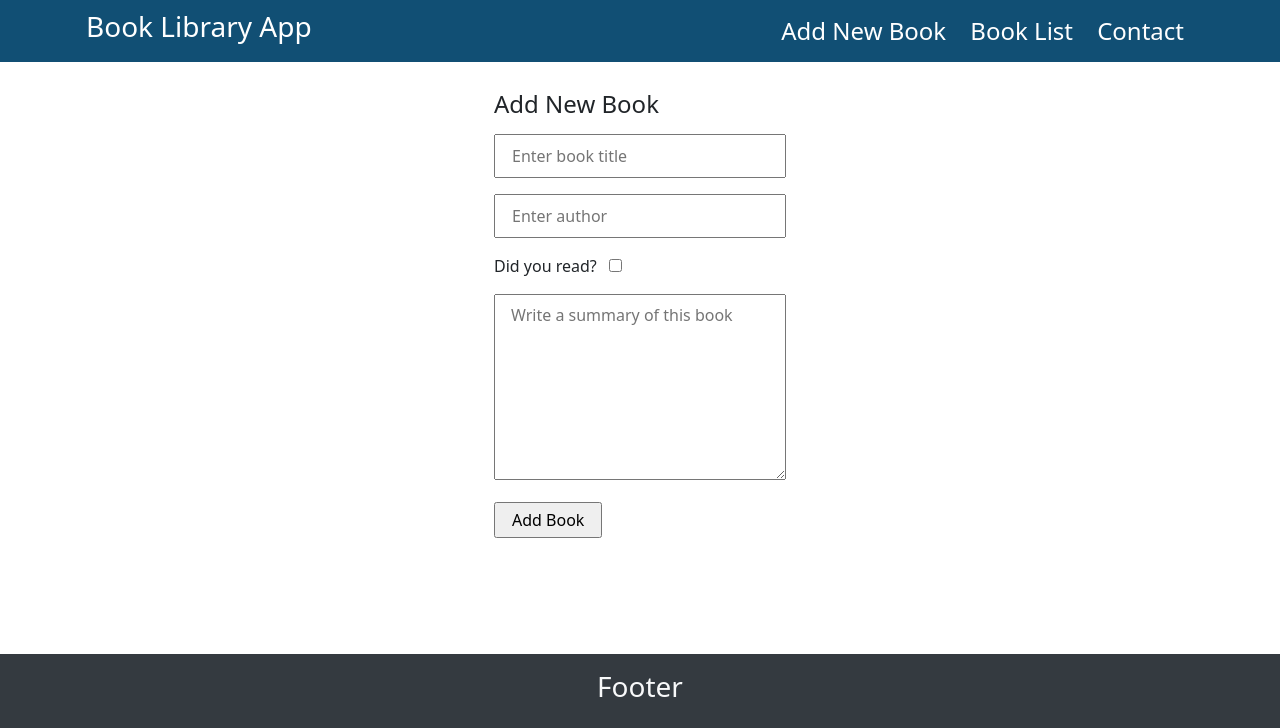
Repository: just-mann/booklibrary-app
Page: http://localhost/
These files come from the project's save history. The page is drawn as it stood at one moment and after the next save; the edit follows.
The browser window is 1280 px wide. The pictures show the whole page.
The page is served by the project's Node server (app.js).

Above is the page before, as saved 2021-06-06 04:48:01.

### views/index.ejs
<!DOCTYPE html>
<html lang="en">
<%- include('./partials/Header') %>
<body>
    <%- include('./partials/Navbar') %>
      <div class="container py-2 home">
        <div class=" p-5 p-xs-1 p-sm-1 p-md-1 py-2 px-0 homeDiv">
          <form action="/books" method="POST" class="px-0 py-3">
            <h4>Add New Book</h4>
              <div class="my-3">
                <input class="px-3 py-2 title w-100" type="text" name="title" id="title" placeholder="Enter book title" required>
              </div>
              <div class="my-3">
                <input class="px-3 py-2 author w-100" type="text" name="author" id="author" placeholder="Enter author" required>
              </div>
              <div class="my-3">
                <label for="isRead" class="mr-2">Did you read?</label>
                <input class="px-3 py-2 isRead" type="checkbox" name="isRead" id="isRead">
              </div>
              <div class="my-3">
                <textarea class="px-3 py-2 isRead w-100" name="summary" id="summary" cols="30" rows="7" placeholder="Write a summary of this book" required></textarea>
              </div>
              <div class="my-3">
                <input class="px-3 py-1 submitBtn" type="submit" value="Add Book">
              </div>
          </form>
        </div>
      </div>
    <%- include('./partials/Footer') %>
</body>
</html>

### views/partials/Header.ejs
<head>
    <meta charset="UTF-8">
    <meta name="viewport" content="width=device-width, initial-scale=1.0">
    <title><%= title %></title>
    <link rel="stylesheet" href="https://stackpath.bootstrapcdn.com/bootstrap/5.0.0-alpha1/css/bootstrap.min.css" integrity="sha384-r4NyP46KrjDleawBgD5tp8Y7UzmLA05oM1iAEQ17CSuDqnUK2+k9luXQOfXJCJ4I" crossorigin="anonymous">
    <script src="https://cdn.jsdelivr.net/npm/popper.js@1.16.0/dist/umd/popper.min.js" integrity="sha384-Q6E9RHvbIyZFJoft+2mJbHaEWldlvI9IOYy5n3zV9zzTtmI3UksdQRVvoxMfooAo" crossorigin="anonymous"></script>
    <link rel="stylesheet" href="https://unpkg.com/aos@next/dist/aos.css" />
    <link rel="stylesheet" href="https://unpkg.com/aos@next/dist/aos.css" />
    <script src="https://stackpath.bootstrapcdn.com/bootstrap/5.0.0-alpha1/js/bootstrap.min.js" integrity="sha384-oesi62hOLfzrys4LxRF63OJCXdXDipiYWBnvTl9Y9/TRlw5xlKIEHpNyvvDShgf/" crossorigin="anonymous"></script>
    <link rel="stylesheet" href="/style.css">
  </head>

### views/partials/Navbar.ejs
<nav class="container-fluid sticky-top">
    <div class="container">
        <a href="/" class="logo"><h3>Book Library App</h3></a>
        <div class="nav__links">
            <a href="/">Add New Book</a>
            <a href="/booklist">Book List</a>
            <a href="/contact">Contact</a>
        </div>
    </div>
</nav>

### views/partials/Footer.ejs
<footer class="bg-dark py-3 text-light text-center">
    <script src="https://ajax.googleapis.com/ajax/libs/jquery/3.5.1/jquery.min.js"></script>
    <script src="/script.js"></script>
    <div class="container">
        <h3>Footer</h3>
    </div>
</footer>
<script src="https://unpkg.com/aos@next/dist/aos.js"></script>
<script>
  AOS.init();
</script>

### app.js
const express = require('express'); //import express package
const app = express(); //initialize the express app
const bodyParser = require('body-parser') //import body-parser to handle data from the form
const MongoClient = require('mongodb').MongoClient; //import the mongodbClient
const { ObjectId } = require('bson');
const dbName = 'myBookList';
const dbCollectionName = 'bookCollection';

const PORT = process.env.PORT || 5000;


// Configure the body-parser
app.use(bodyParser.urlencoded({ extended: true }));


// Make static files accessible
app.use(express.static('public'));


// Set View Engine
app.set('view engine', 'ejs');



// Connect to Database
const dbURI = 'mongodb+srv://bookUser:cUk4rECaXyAWsNz8@crud-tutorial.xd65d.mongodb.net/myBookList?retryWrites=true&w=majority';
MongoClient.connect(dbURI, { useUnifiedTopology: true })
    .then(client => {

        app.listen(PORT, () => {
            console.log(`App is now running on PORT ${PORT} and Database: ${dbName} is connected`)
        });

        const db = client.db(`${dbName}`);

        const myCollection = db.collection(`${dbCollectionName}`);

        app.post('/books', (req, res) => {
            myCollection.insertOne(req.body)
                .then(result => {
                    console.log('Item added to database...');
                })
                .catch(err => console.log(err));
            res.redirect('bookList');
        })

        app.get('/booklist', (req, res) => {
            myCollection.find().sort({_id: -1}).toArray()
                .then(result => {
                    res.render('bookList', { myList: result, title: "Book List" });
                })
                .catch(err => console.log(err));
        })


        app.get('/booklist/:id', (req, res) => {
            const id = req.params.id;
            myCollection.findOne({ _id: ObjectId(`${id}`)})
                .then(result => {
                    res.render('details', { singleBook: result, title: `Book Detail  -  ${result.title}` })
                })
                .catch(err => console.log(err));
        })


        app.delete('/booklist/:id', (req, res) => {
            const id = req.params.id;
            myCollection.deleteOne({_id: ObjectId(`${id}`)})
                .then(result => {
                    res.json({ redirect: '/booklist'})
                })
                .catch(err => console.log(err));
        })


        app.get('/', (req, res) => {
            res.render('index', { title: "Add New Book" });
        })


        app.get('/contact', (req, res) => {
            res.render('contact', { title: "Contact Me" });
        })

        app.use((req, res) => {
            res.status(404).render('404', { title: '404, Page Not Found'});
        })

    })
    .catch(err => console.log(err));

### public/style.css
* {
    padding: 0;
    margin: 0;
    box-sizing: border-box;
}
body {
    min-height: 100vh;
}

a {
    text-decoration: none;
}

nav {
    background-color: #114f74;
    padding: 10px 0px;
}

nav .container {
    display: flex;
    justify-content: space-between;
    align-items: center;
}

nav .container .logo h3 {
    color: #ffffff;
    font-weight: 350;
}

nav .container .nav__links {
    color: #ffffff;
}

nav .container .nav__links a {
    color: #ffffff;
    font-size: 1.5rem;
    padding: 10px 0px;
    margin: 0px 10px;
    font-weight: 300;
}

.nav__links a:hover {
    color: red;
}

.listDiv {
    display: flex;
    grid-template-columns: repeat(3, 1fr);
}

.list {
    max-width: 350px;
    min-height: 150px;
    margin: 0px 15px;
    background-color: #e2e2e2;
    border-left: 15px solid #41a1b9;
    opacity: 0.9;
    transition: opacity 0.6s;
}

.list:hover {
    opacity: 1;
}


/* Home Page */
.home {
    height: 82.3vh;
}

.home .homeDiv {
    /* background: yellow; */
    max-width: 300px;
    margin: 0 auto;
}



/* Book List Page */
.bookList {
    min-height: 81.3vh;
}






/* details page */
.details {
    height: 81.5vh;
}



.bookSummary {
    max-width: 500px;
    background: yellow;
}



/* Contact Page */
.contact {
    height: 82vh;
}

Loaded but not shown: public/script.js (no stored copy; drawn as an empty file)

After the next save:
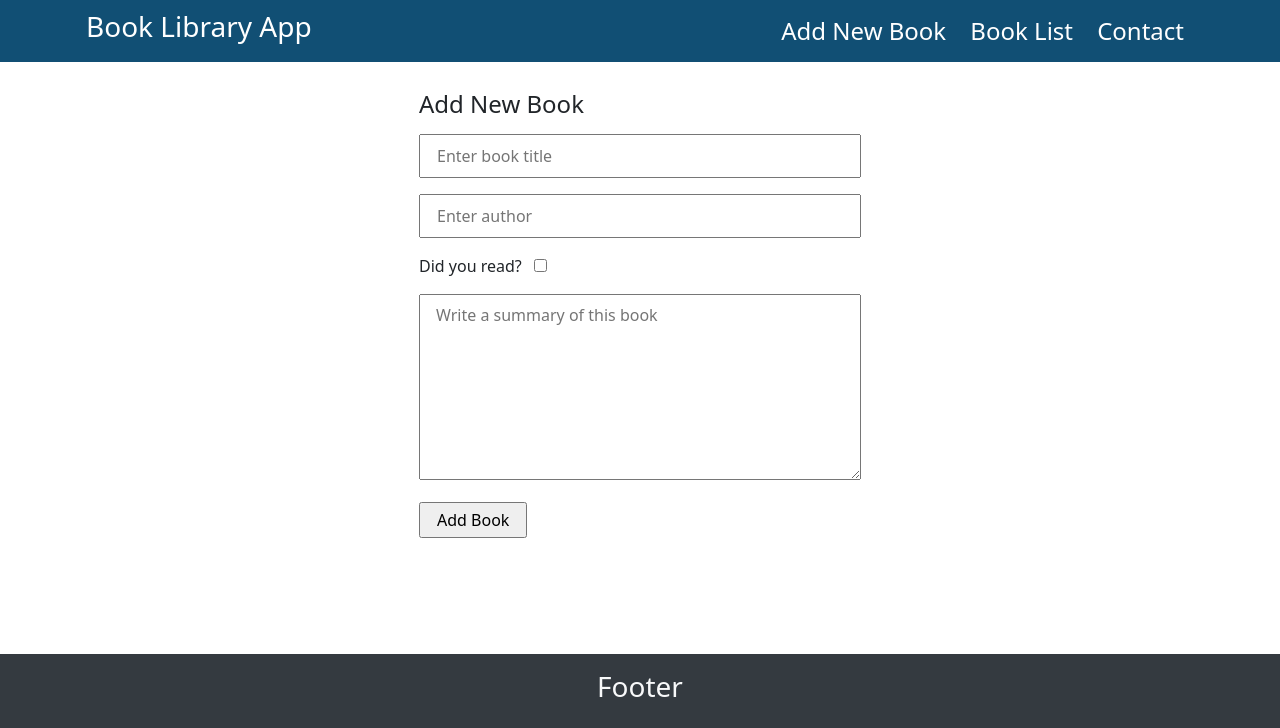
Saved 9 s later.
--- a/public/style.css
+++ b/public/style.css
@@ -70,7 +70,7 @@ nav .container .nav__links a {
 
 .home .homeDiv {
     /* background: yellow; */
-    max-width: 300px;
+    max-width: 450px;
     margin: 0 auto;
 }
 
